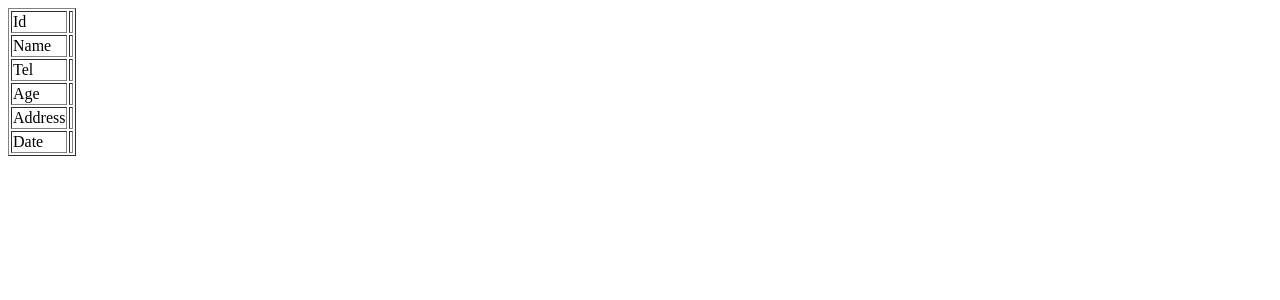
Repository: khy4701/JavaServerPage-Servlet
Page: http://localhost/07.BoardProejct/View.jsp
An editor plug-in stored every save of this project. The page is shown before and after the next save, followed by the edit.
The browser window is 1280 px wide. The pictures show the whole page.
The page is served by Tomcat 9.

Above is the page before, as saved 2016-07-25 06:30:57.

After the next save:
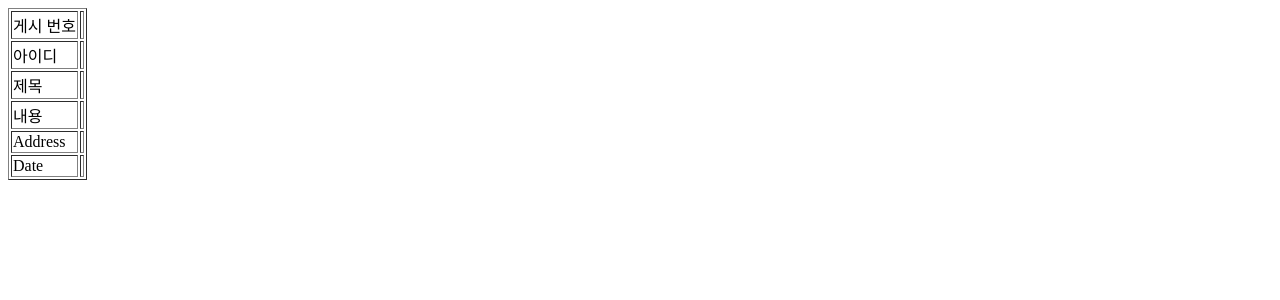
Saved 83 s later.
--- a/07.BoardProejct/WebContent/View.jsp
+++ b/07.BoardProejct/WebContent/View.jsp
@@ -13,12 +13,13 @@
 
 <c:set var ="content" value= "${requestScope.ContentInfo}"/>
 <table border ="1">
-    	<tr><td> Id		 </td> <td> ${member.id }        </td></tr>
-    	<tr><td> Name	 </td> <td> ${member.userName }  </td></tr>
-    	<tr><td> Tel	 </td> <td> ${member.phoneNum }  </td></tr>
-    	<tr><td> Age	 </td> <td> ${member.age }  	  </td></tr>
-    	<tr><td> Address </td> <td> ${member.address }   </td></tr>
-    	<tr><td> Date	 </td> <td> ${member.regDate }   </td></tr>
+
+    <tr><td> 게시 번호 </td> <td> ${member.id }        </td></tr>
+    <tr><td> 아이디	 </td> <td> ${member.userName }  </td></tr>
+    <tr><td> 제목	 </td> <td> ${member.phoneNum }  </td></tr>
+    <tr><td> 내용	<br> </td> <td> ${member.age }  	  </td></tr>
+    <tr><td> Address </td> <td> ${member.address }   </td></tr>
+    <tr><td> Date	 </td> <td> ${member.regDate }   </td></tr>
 
 </table>
 
